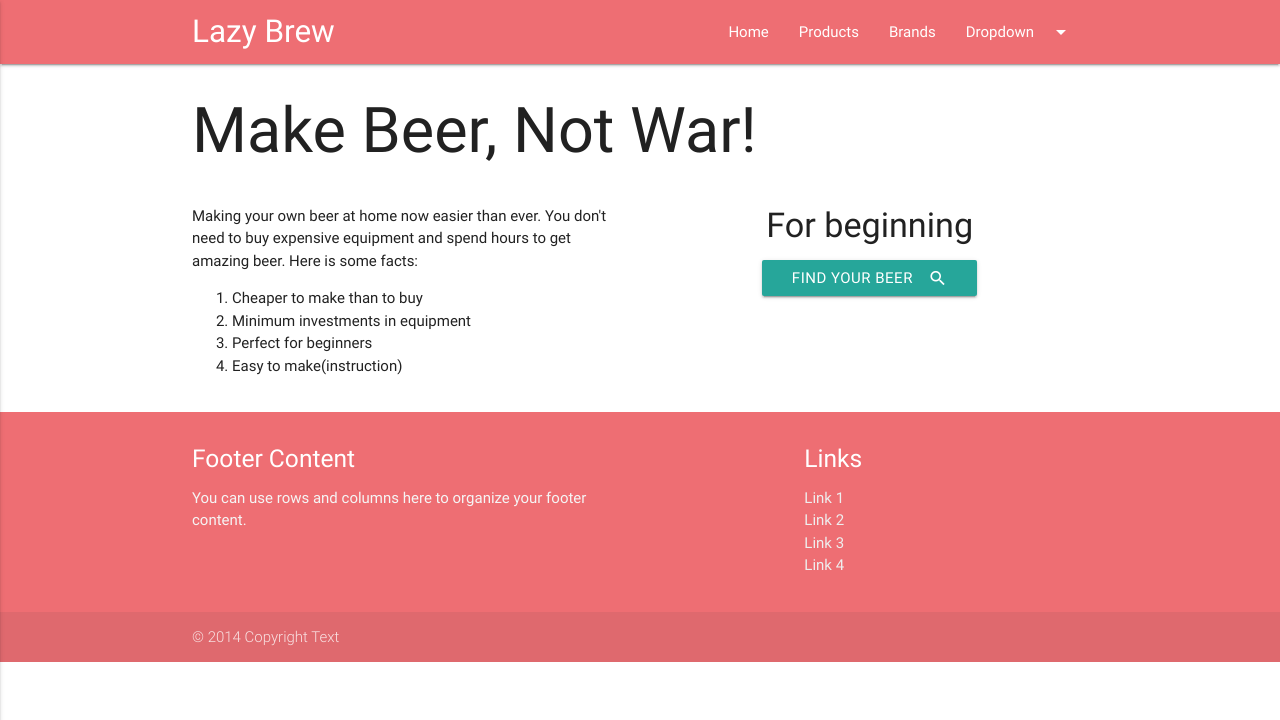
Repository: Leon2ev/lazy-brew
Page: http://localhost/
The author's editor kept a record of every edit. The page is drawn from the files as they stood at one moment, then again after the next edit.
The browser window is 1280 px wide. The pictures show the whole page.
Some web libraries are served in a nearby version. The page is served by the project's application, run on Flask 3 (app.py). Queries for data that is not in the repository find no rows.

Above is the page before.

### templates/index.html
{% extends 'base.html' %}
{% block content %}
    <main class="bg-img">
        <div class="container">
            <div class="row bg-content">
                <div class="col s12">
                    <h1>Make Beer, Not War!</h1>
                </div>
                <div class="col s12 l6">
                    <p>
                        Making your own beer at home now easier than ever. You don't
                        need to buy expensive equipment and spend hours to get amazing
                        beer. Here is some facts:
                    </p>
                    <ol>
                        <li>Cheaper to make than to buy</li>
                        <li>Minimum investments in equipment</li>
                        <li>Perfect for beginners</li>
                        <li>Easy to make(instruction)</li>
                    </ol>
                </div>
                <div class="col s12 l6">
                    <h4 class="center-align">For beginning</h4>
                    <p class="center-align">
                        <a class="waves-effect waves-light btn" href="{{url_for('get_products')}}">Find your beer
                            <i class="material-icons right">search</i>
                        </a>
                    </p>
                </div>
            </div>
        </div>
    </main>

{% endblock %}

### templates/base.html
<!DOCTYPE html>
<html lang="en">
    <head>
        <meta charset="UTF-8">
        <meta name="viewport" content="width=device-width, initial-scale=1.0">
        <meta http-equiv="X-UA-Compatible" content="ie=edge">

        <title>Document</title>

        <link href="https://fonts.googleapis.com/icon?family=Material+Icons" rel="stylesheet">
        <link rel="stylesheet" href="https://cdnjs.cloudflare.com/ajax/libs/materialize/0.100.2/css/materialize.min.css">
        <link rel="stylesheet" href="{{url_for('static', filename='css/style.css')}}" type="text/css">
    </head>
    <body>
        <header>
            <nav>
                <div class="container nav-wrapper">
                    <a href="{{url_for('home_page')}}" class="brand-logo">Lazy Brew</a>
                    <a href="#" data-activates="mobile-demo" class="button-collapse"><i class="material-icons">menu</i></a>
                    <ul class="right hide-on-med-and-down">
                        <li><a href="{{url_for('home_page')}}">Home</a></li>
                        <li><a href="{{url_for('get_products')}}">Products</a></li>
                        <li><a href="{{url_for('get_brands')}}">Brands</a></li>
                        <!-- Dropdown Trigger -->
                        <li><a class="dropdown-button" href="#!" data-activates="dropdown1">Dropdown<i class="material-icons right">arrow_drop_down</i></a></li>
                    </ul>
                    <!-- Dropdown Structure -->
                    <ul id="dropdown1" class="dropdown-content">
                        <li><a href="{{url_for('add_product')}}">Add Product</a></li>
                        <li class="divider"></li>
                        <li><a href="{{url_for('add_brand')}}">Add Brand</a></li>
                    </ul>
                    <ul class="side-nav" id="mobile-demo">
                        <li><a href="{{url_for('home_page')}}">Home</a></li>
                        <li><a href="{{url_for('get_products')}}">Products</a></li>
                        <li><a href="{{url_for('get_brands')}}">Brands</a></li>
                        <!-- Mobile Dropdown Trigger -->
                        <li><a class="dropdown-button" href="#!" data-activates="dropdown2">Dropdown<i class="material-icons right">arrow_drop_down</i></a></li>

                    </ul>
                    <!-- Dropdown Structure -->
                    <ul id="dropdown2" class="dropdown-content">
                        <li><a href="{{url_for('add_product')}}">Add Product</a></li>
                        <li class="divider"></li>
                        <li><a href="{{url_for('add_brand')}}">Add Brand</a></li>
                    </ul>
                </div>
            </nav>
        </header>
        {% block content %}{% endblock %}
        <footer class="page-footer">
            <div class="container">
                <div class="row">
                    <div class="col l6 s12">
                        <h5 class="white-text">Footer Content</h5>
                        <p class="grey-text text-lighten-4">You can use rows and columns here to organize your footer content.</p>
                    </div>
                    <div class="col l4 offset-l2 s12">
                        <h5 class="white-text">Links</h5>
                        <ul>
                            <li><a class="grey-text text-lighten-3" href="#!">Link 1</a></li>
                            <li><a class="grey-text text-lighten-3" href="#!">Link 2</a></li>
                            <li><a class="grey-text text-lighten-3" href="#!">Link 3</a></li>
                            <li><a class="grey-text text-lighten-3" href="#!">Link 4</a></li>
                        </ul>
                    </div>
                </div>
            </div>
            <div class="footer-copyright">
                <div class="container">
                    © 2014 Copyright Text
                </div>
            </div>
        </footer>
        <script src="https://cdnjs.cloudflare.com/ajax/libs/jquery/3.2.1/jquery.min.js"></script>
        <script src="https://cdnjs.cloudflare.com/ajax/libs/materialize/0.100.2/js/materialize.min.js"></script>
        <script type="text/javascript">
            $(document).ready(function() {
                $('select').material_select();
                $(".button-collapse").sideNav();
                $(".dropdown-button").dropdown({
                    belowOrigin: true
                    }
                );
                $('.modal').modal();
            });
        </script>
    </body>
</html>

### app.py
import os
from flask import Flask, render_template, redirect, request, url_for
from flask_pymongo import PyMongo
from bson.objectid import ObjectId

app = Flask(__name__)

# Connection to MongoDB

app.config["MONGO_DBNAME"] = 'beer_brewing'
app.config["MONGO_URI"] = os.getenv('MONGO_URI', 'mongodb://localhost')

mongo = PyMongo(app)

# App routes ------------------------------------------------------------

@app.route('/')

# Home page

@app.route('/home_page')
def home_page():
    return render_template("index.html",
    types=mongo.db.types.find())
# Product Routes
# Product selection

@app.route('/get_products')
def get_products():
    return render_template("products.html",
    products=mongo.db.products.find())

# Single product description

@app.route('/get_description/<product_id>')
def get_description(product_id):
    return render_template("description.html",
    brands=mongo.db.brands.find(),
    types=mongo.db.types.find(),
    product=mongo.db.products.find_one({"_id": ObjectId(product_id)}))

# Add product

@app.route('/add_product')
def add_product():
    return render_template("addproduct.html",
    brands=mongo.db.brands.find(),
    types=mongo.db.types.find())

# Proceed inserted data to mongo

@app.route('/insert_product', methods=["POST"])
def insert_product():
    products=mongo.db.products
    brand_id = request.form.get('brand_id')
    type_id = request.form.get('type_id')
    dictionary = {
        'name': request.form.get('name'),
        'brand_id': ObjectId(brand_id),
        'image_url': request.form.get('image_url'),
        'type_id': ObjectId(type_id),
        'about': request.form.get('about'),
        'abv': request.form.get('abv'),
        'amount': request.form.get('amount'),
        'gluten': request.form.get('gluten')
    }

    products.insert_one(dictionary)
    return redirect(url_for('get_products'))

# Edit product

@app.route('/edit_product/<product_id>')
def edit_product(product_id):
    return render_template("editproduct.html",
    product=mongo.db.products.find_one({"_id": ObjectId(product_id)}),
    brands=mongo.db.brands.find(),
    types=mongo.db.types.find())

# Update product

@app.route('/update_product/<product_id>', methods=["POST"])
def update_product(product_id):
    products=mongo.db.products
    brand_id = request.form.get('brand_id')
    type_id = request.form.get('type_id')
    products.update({'_id': ObjectId(product_id)},
    {
        'name': request.form.get('name'),
        'brand_id': ObjectId(brand_id),
        'image_url': request.form.get('image_url'),
        'type_id': ObjectId(type_id),
        'about': request.form.get('about'),
        'abv': request.form.get('abv'),
        'amount': request.form.get('amount'),
        'gluten': request.form.get('gluten')
    })
    return redirect(url_for('get_products'))

# Delete product

@app.route('/delete_product/<product_id>')
def delete_product(product_id):
    mongo.db.products.remove({'_id': ObjectId(product_id)})
    return redirect(url_for('get_products'))

# Brand Routes
# Add Brand

@app.route('/get_brands')
def get_brands():
    return render_template("brands.html",
    brands=mongo.db.brands.find())

@app.route('/add_brand')
def add_brand():
    return render_template("addbrand.html")

# Proceed inserted data to mongo

@app.route('/insert_brand', methods=["POST"])
def insert_brand():
    brands=mongo.db.brands
    brands.insert_one(request.form.to_dict())
    return redirect(url_for('get_brands'))

# Edit brand

@app.route('/edit_brand/<brand_id>')
def edit_brand(brand_id):
    return render_template("editbrand.html",
    brand=mongo.db.brands.find_one({"_id": ObjectId(brand_id)}))

# Update brand

@app.route('/update_brand/<brand_id>', methods=["POST"])
def update_brand(brand_id):
    brands=mongo.db.brands
    brands.update({'_id': ObjectId(brand_id)},
    {
        'name': request.form.get('name'),
        'country': request.form.get('country'),
        'website_URL': request.form.get('website_URL'),
        'instruction_URL': request.form.get('instruction_URL'),
    })
    return redirect(url_for('get_brands'))

# Delete brand

@app.route('/delete_brand/<brand_id>')
def delete_brand(brand_id):
    mongo.db.brands.remove({'_id': ObjectId(brand_id)})
    return redirect(url_for('get_brands'))

if __name__ == "__main__":
    app.run(host=os.environ.get('IP'),
        port=int(os.environ.get('PORT')),
        debug=True)

### static/css/style.css
.bg-cont {
    background-image: url(https://i.imgur.com/lFnh2xG.jpg);
    background-repeat: no-repeat;
    background-position: center center;
    background-attachment: fixed;
    background-size: cover;
    background-color: black;
    height: 100%;
}

After the next edit:
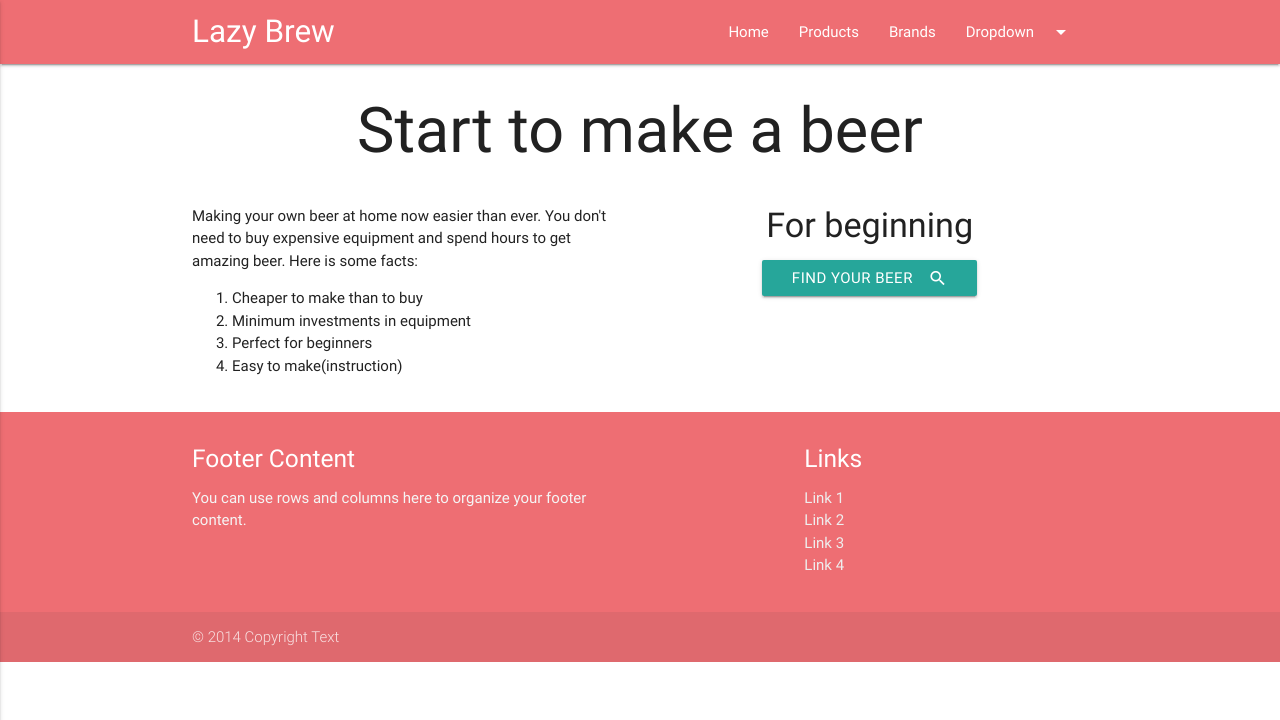
The edit:
--- a/templates/index.html
+++ b/templates/index.html
@@ -4,7 +4,7 @@
         <div class="container">
             <div class="row bg-content">
                 <div class="col s12">
-                    <h1>Make Beer, Not War!</h1>
+                    <h1 class="center-align">Start to make a beer</h1>
                 </div>
                 <div class="col s12 l6">
                     <p>
